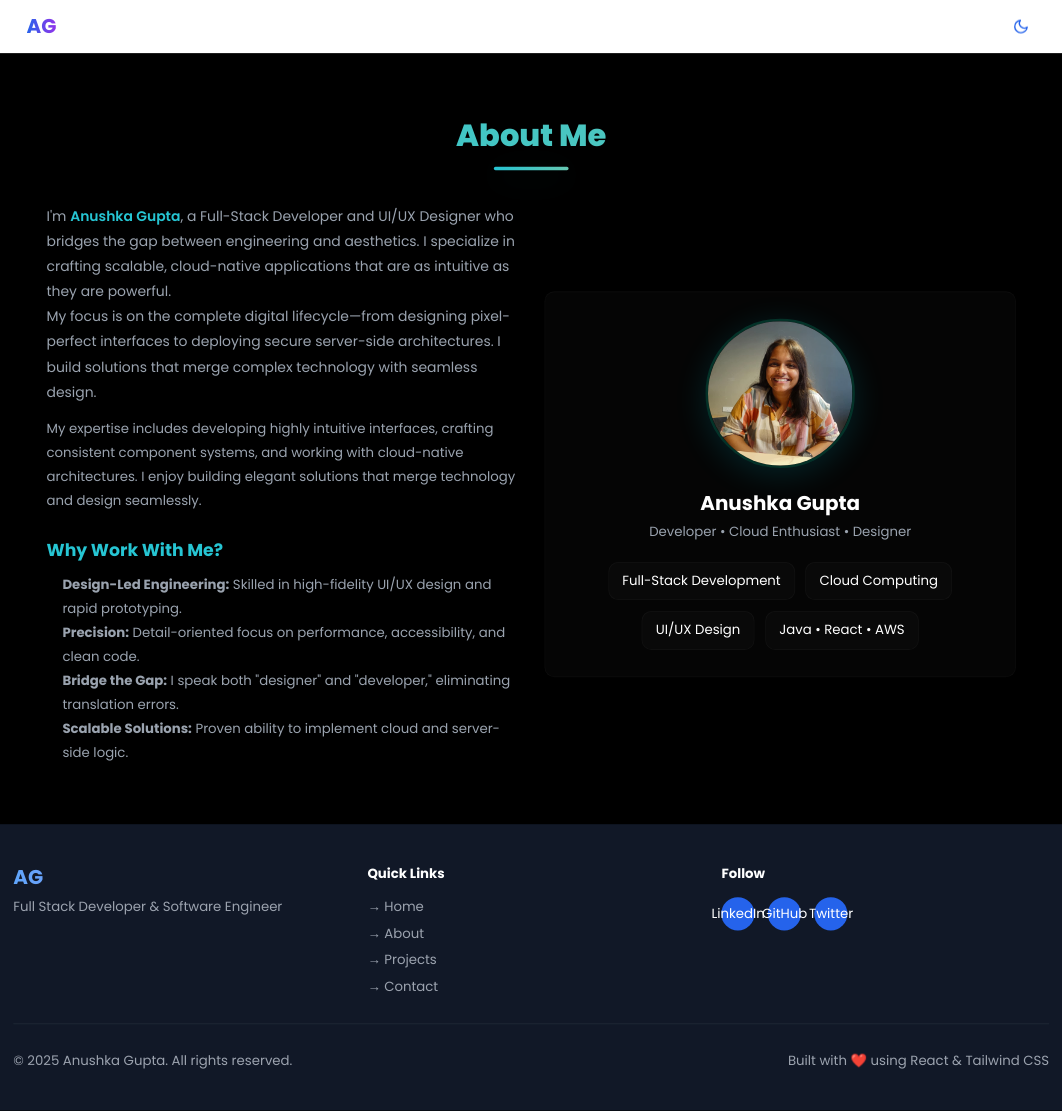
Repository: AnushkaGupta1120/Portfolio
Page: /about
An editor plug-in stored every save of this project. The page is shown before and after the next save, followed by the edit.
The browser window is 1280 px wide. The pictures show the whole page, at 83% of full size.
The project was rebuilt for these pictures with package versions that can differ from the ones it lists, and the page was loaded fresh each time. Also part of the build but not shown: vite.config.js, src/styles/Home.css, src/pages/Hero.jsx, src/pages/SkillsCategories.jsx, src/pages/Skills.jsx, src/pages/ProjectCard.jsx, src/pages/Projects.jsx, src/pages/Achievements.jsx and 4 more.

Above is the page before, as saved 2025-12-22 12:46:40.

After the next save:
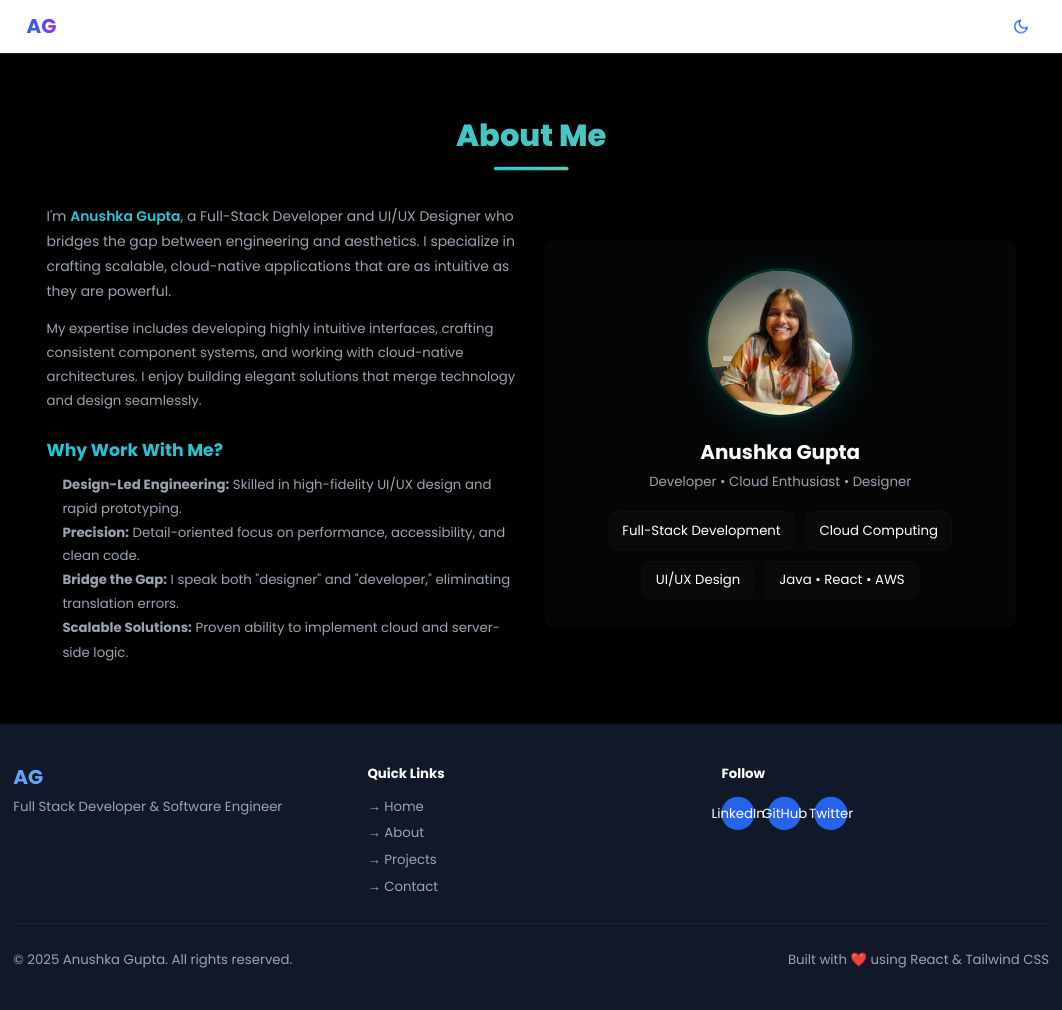
Saved 23 s later.
--- a/src/pages/About.jsx
+++ b/src/pages/About.jsx
@@ -45,8 +45,7 @@ export default function About() {
             <p className="text-muted" style={{ lineHeight: "1.8", fontSize: "1.05rem" }}>
               I'm <span style={{ color: "var(--teal-1)", fontWeight: 600 }}>Anushka Gupta</span>,
               a Full-Stack Developer and UI/UX Designer who bridges the gap between engineering and aesthetics. I specialize in crafting scalable, cloud-native applications that are as intuitive as they are powerful.
-<br></br><p>My focus is on the complete digital lifecycle—from designing pixel-perfect interfaces to deploying secure server-side architectures. I build solutions that merge complex technology with seamless design.
-</p>
+
             </p>
 
             <p className="text-muted" style={{ marginTop: "1rem", lineHeight: "1.8" }}>
